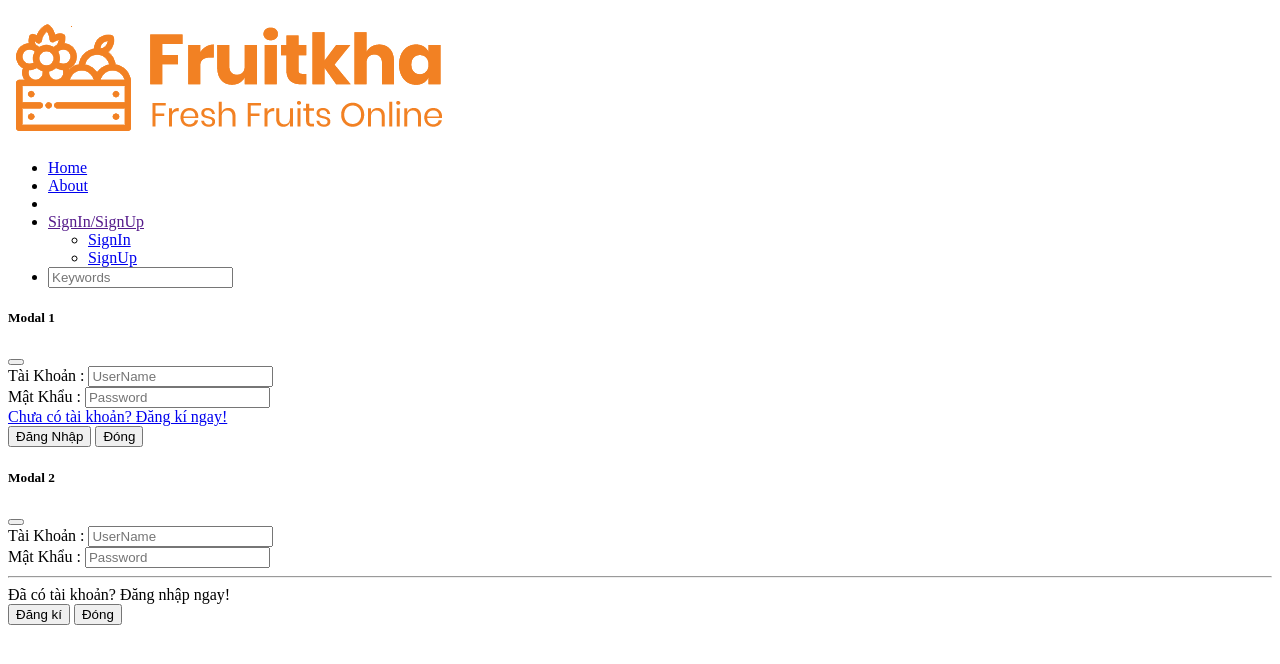
Repository: minhtu5502/Java5
Page: src/main/resources/templates/user/content/nav.html
An editor plug-in stored every save of this project. The page is shown before and after a run of saves, followed by the edit.
The browser window is 1280 px wide. The pictures show the whole page.

Above is the page before, as saved 2022-06-14 09:12:08.

After the next 2 saves:
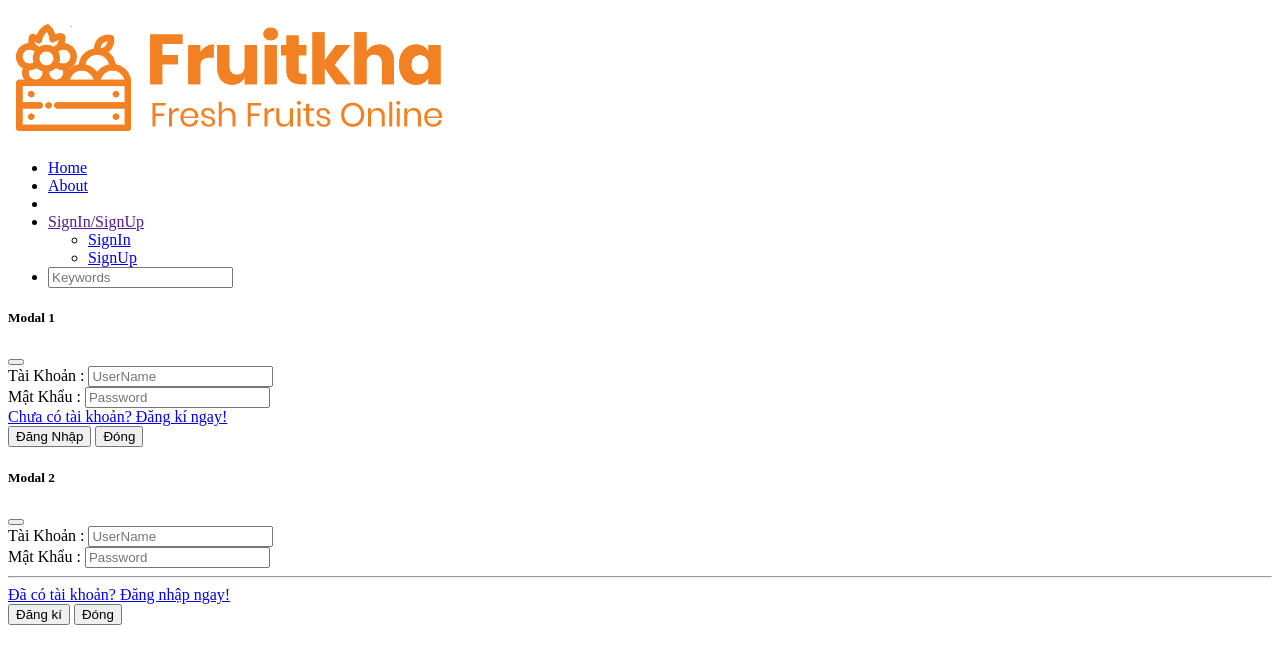
The 2 saves are shown as one change because they came seconds apart.
The last was saved 14 s later.
--- a/src/main/resources/templates/user/content/nav.html
+++ b/src/main/resources/templates/user/content/nav.html
@@ -139,7 +139,8 @@
                                                 placeholder="Password">
                                         </div>
                                         <hr>
-                                        <a>Đã có tài khoản? Đăng nhập ngay!</a>
+                                        <a data-bs-toggle="modal" href="#modalSignUp"
+                                        role="button">Đã có tài khoản? Đăng nhập ngay!</a>
                                     </div>
                                     <div class="modal-footer">
                                         <button class="btn btn-success">Đăng kí</button>
